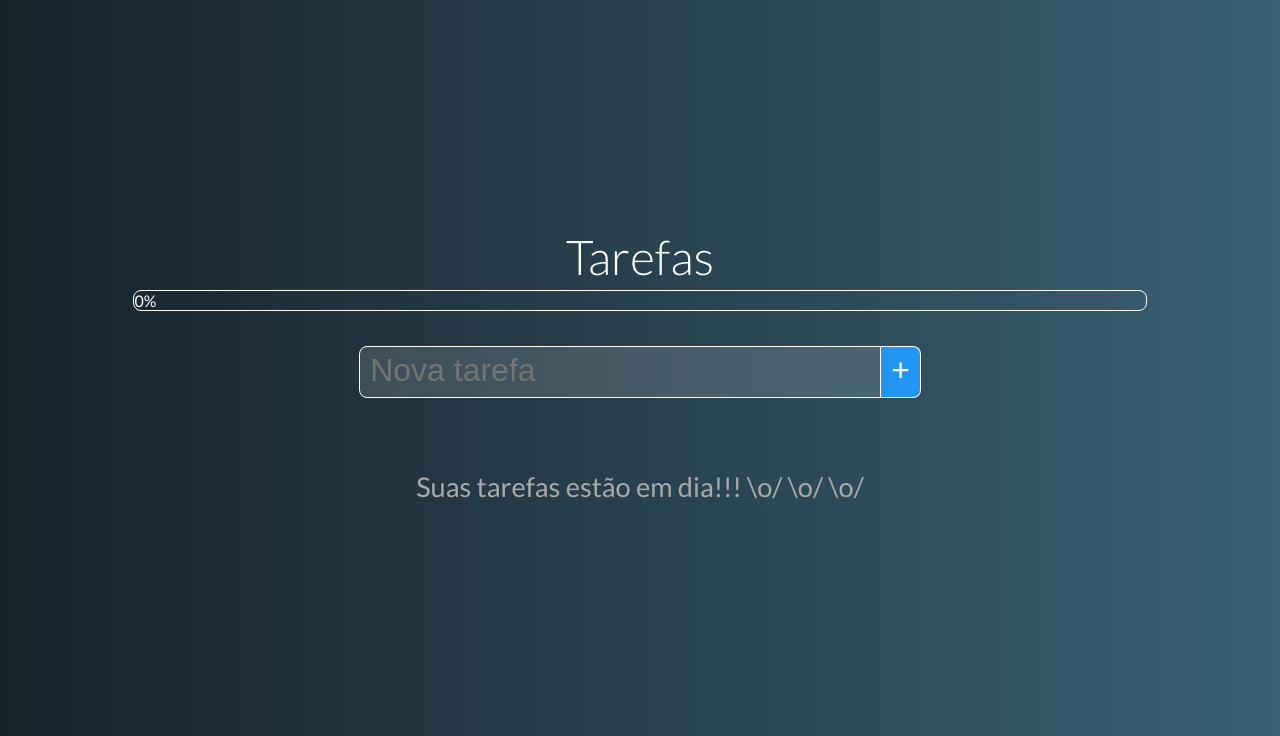
Repository: LucianoBitt/Curso_VueJS
Page: / (app in projeto-02-tarefas/tarefas/)
An editor plug-in stored every save of this project. The page is shown before and after the next save, followed by the edit.
The browser window is 1280 px wide. The pictures show the whole page.
The project was rebuilt for these pictures with package versions that can differ from the ones it lists, and the page was loaded fresh each time. Also part of the build but not shown: projeto-02-tarefas/tarefas/src/components/Task.vue.

Above is the page before, as saved 2023-12-05 16:44:33.

After the next save:
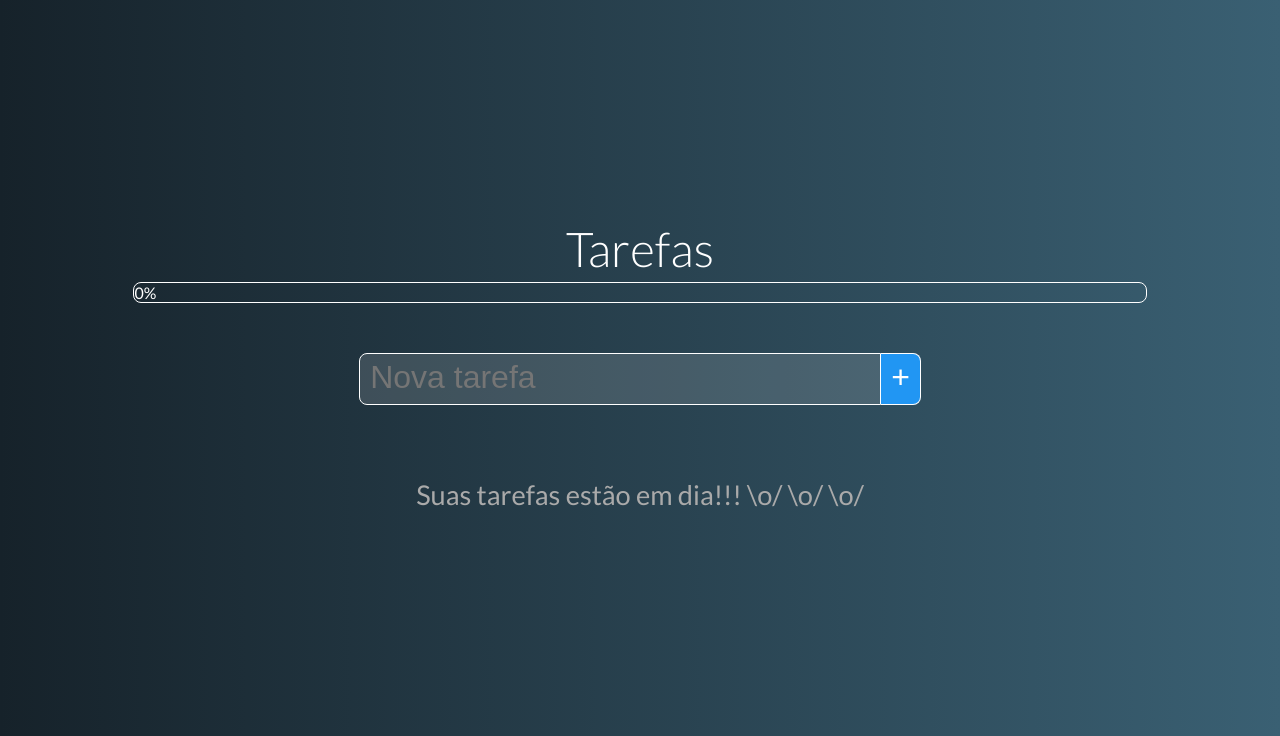
Saved 20 s later.
--- a/projeto-02-tarefas/tarefas/src/components/TasksProgress.vue
+++ b/projeto-02-tarefas/tarefas/src/components/TasksProgress.vue
@@ -20,6 +20,7 @@ export default {
 	border: 1px solid #FFF;
 	color: #FFF;
 	border-radius: 8px;
-	margin: ;
+	margin-bottom: 15px;
+	display: flex;
 }
 </style>
